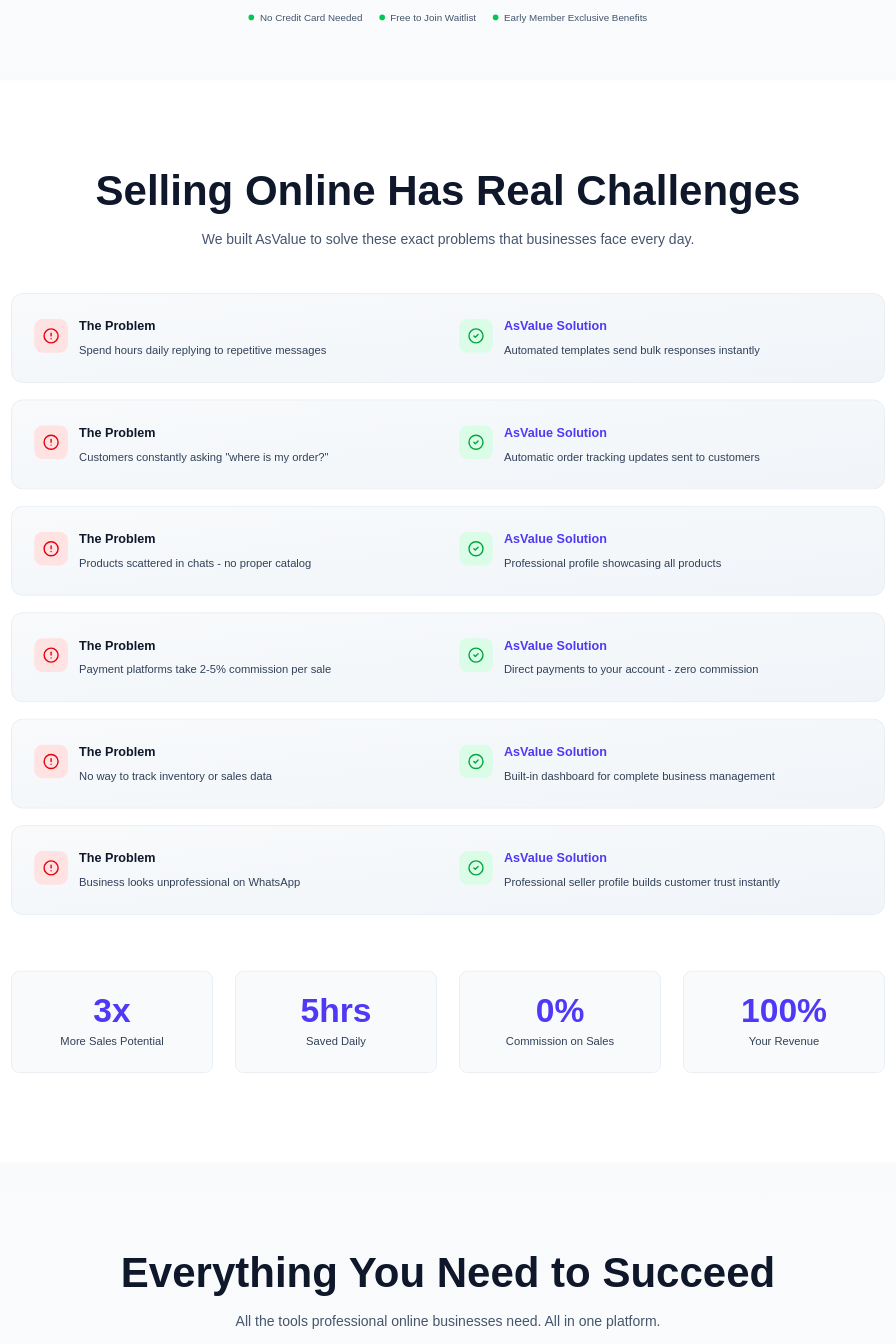
Repository: vikkii2005/asvalue-waitlist
Page: /
These files come from the project's save history. The page is drawn as it stood at one moment and after the next save; the edit follows.
The browser window is 1280 px wide. The pictures show the part of the page from y = 867 to 2787 px (the page is 5549 px tall before and 5577 px after), at 70% of full size.
The page's requests for data from a server got no answer. The project was rebuilt for these pictures with package versions that can differ from the ones it lists, and the page was loaded fresh each time. The framework's server and built-in components were replaced by stand-ins that run in the browser. No one was signed in, and anything a server would have sent is missing. Also part of the build but not shown: next.config.ts, components/ReferralDashboard.tsx.

Above is the page before, as saved 2025-10-31 09:58:50.

After the next save:
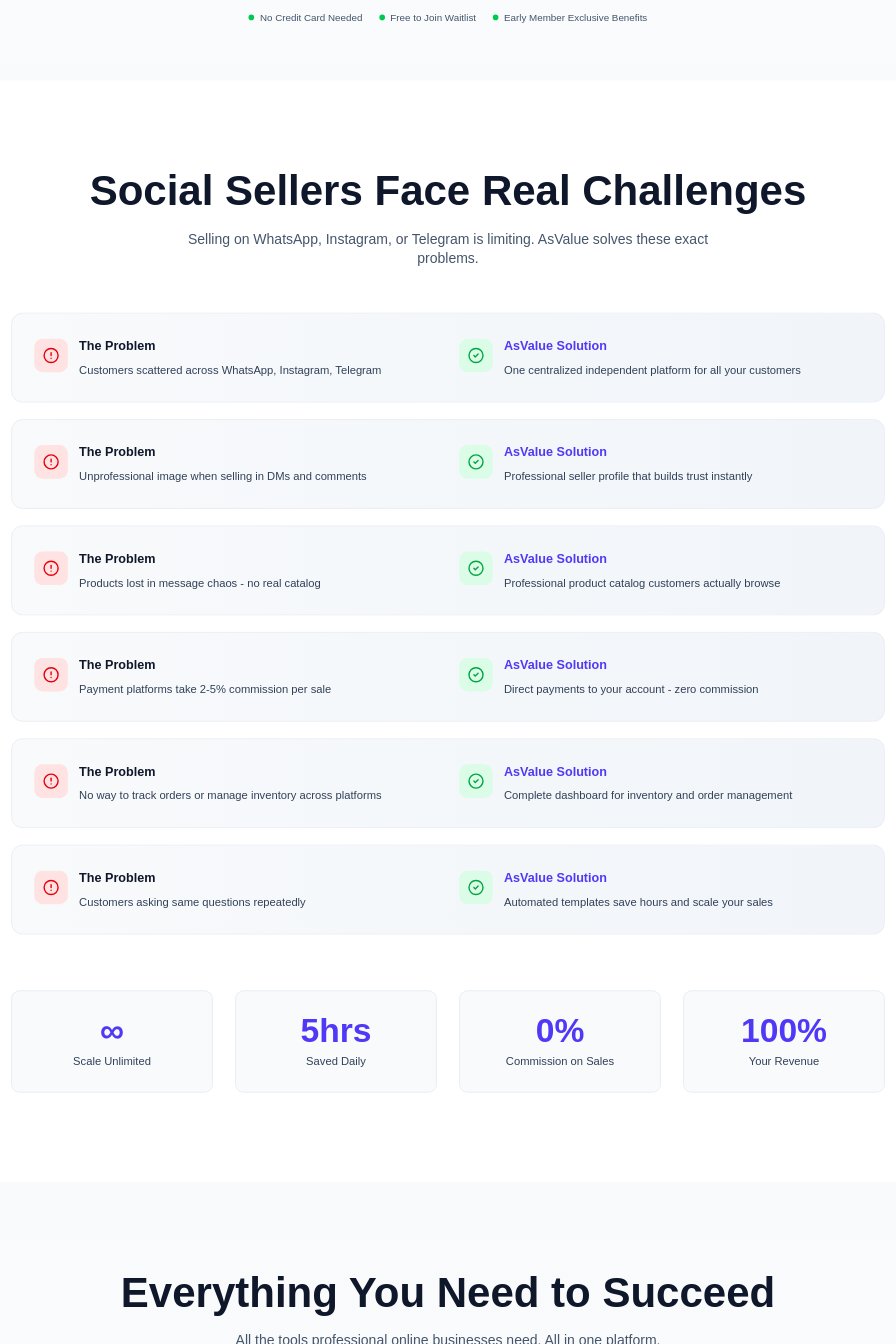
Saved 6 s later.
--- a/components/ProblemSolution.tsx
+++ b/components/ProblemSolution.tsx
@@ -2,28 +2,28 @@
 
 const problems = [
   {
-    problem: 'Spend hours daily replying to repetitive messages',
-    solution: 'Automated templates send bulk responses instantly'
+    problem: 'Customers scattered across WhatsApp, Instagram, Telegram',
+    solution: 'One centralized independent platform for all your customers'
   },
   {
-    problem: 'Customers constantly asking "where is my order?"',
-    solution: 'Automatic order tracking updates sent to customers'
+    problem: 'Unprofessional image when selling in DMs and comments',
+    solution: 'Professional seller profile that builds trust instantly'
   },
   {
-    problem: 'Products scattered in chats - no proper catalog',
-    solution: 'Professional profile showcasing all products'
+    problem: 'Products lost in message chaos - no real catalog',
+    solution: 'Professional product catalog customers actually browse'
   },
   {
     problem: 'Payment platforms take 2-5% commission per sale',
     solution: 'Direct payments to your account - zero commission'
   },
   {
-    problem: 'No way to track inventory or sales data',
-    solution: 'Built-in dashboard for complete business management'
+    problem: 'No way to track orders or manage inventory across platforms',
+    solution: 'Complete dashboard for inventory and order management'
   },
   {
-    problem: 'Business looks unprofessional on WhatsApp',
-    solution: 'Professional seller profile builds customer trust instantly'
+    problem: 'Customers asking same questions repeatedly',
+    solution: 'Automated templates save hours and scale your sales'
   }
 ]
 
@@ -33,10 +33,10 @@
       <div className="max-w-7xl mx-auto">
         <div className="text-center mb-16">
           <h2 className="text-5xl md:text-6xl font-bold text-slate-900 mb-6">
-            Selling Online Has Real Challenges
+            Social Sellers Face Real Challenges
           </h2>
           <p className="text-xl text-slate-600 max-w-3xl mx-auto">
-            We built AsValue to solve these exact problems that businesses face every day.
+            Selling on WhatsApp, Instagram, or Telegram is limiting. AsValue solves these exact problems.
           </p>
         </div>
 
@@ -44,7 +44,7 @@
           {problems.map((item, index) => (
             <div
               key={index}
-              className="grid md:grid-cols-2 gap-8 bg-linear-to-br from-slate-50 to-slate-100 rounded-2xl p-8 border border-slate-200 hover:border-indigo-300 hover:shadow-lg transition-all"
+              className="grid md:grid-cols-2 gap-8 bg-gradient-to-r from-slate-50 to-slate-100 rounded-2xl p-8 border border-slate-200 hover:border-indigo-300 hover:shadow-lg transition-all"
             >
               {/* Problem */}
               <div className="flex gap-4">
@@ -78,8 +78,8 @@
         {/* Stats */}
         <div className="grid grid-cols-1 md:grid-cols-4 gap-8 mt-20">
           <div className="text-center p-8 bg-slate-50 rounded-xl border border-slate-200">
-            <div className="text-5xl font-bold text-indigo-600 mb-2">3x</div>
-            <div className="text-slate-700 font-medium">More Sales Potential</div>
+            <div className="text-5xl font-bold text-indigo-600 mb-2">∞</div>
+            <div className="text-slate-700 font-medium">Scale Unlimited</div>
           </div>
           <div className="text-center p-8 bg-slate-50 rounded-xl border border-slate-200">
             <div className="text-5xl font-bold text-indigo-600 mb-2">5hrs</div>
